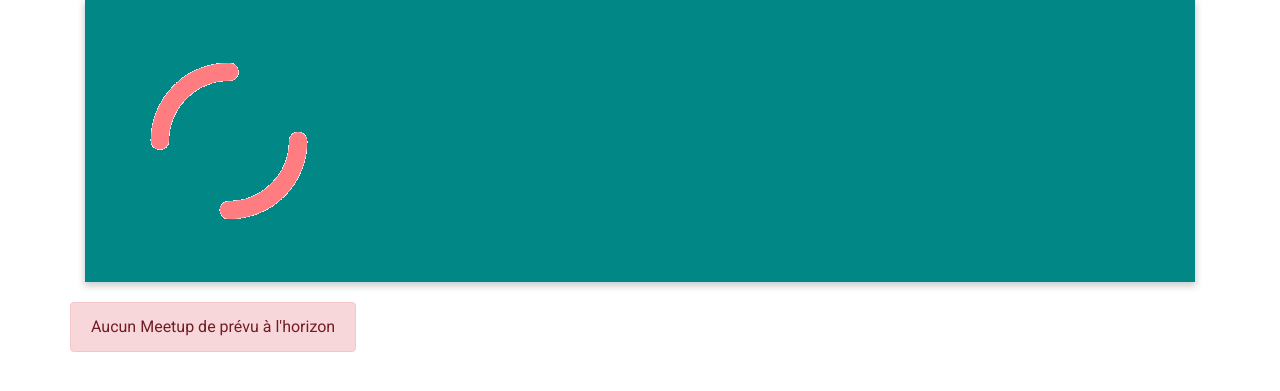
Repository: Symfomany/backandfront
Page: / (app in front/)
The author's editor kept a copy of each file at every save. The page is drawn from the files as they stood at one save, then again after the next save.
The browser window is 1280 px wide. The pictures show the whole page.
The page's requests for data from a server got no answer. Some web libraries are served in a nearby version. The project was rebuilt for these pictures with package versions that can differ from the ones it lists, and the page was loaded fresh each time. No one was signed in, and anything a server would have sent is missing. Also part of the build but not shown: front/src/Meetup.css, front/src/Meetup.js, front/src/Liste.css, front/src/FormMeetup.js, front/src/App.css.

Above is the page before, as saved 2018-05-28 20:35:07.

### front/public/index.html
<!DOCTYPE html>
<html lang="en">

<head>
  <meta charset="utf-8">
  <meta name="viewport" content="width=device-width, initial-scale=1, shrink-to-fit=no">
  <meta name="theme-color" content="#000000">
  <!--
      manifest.json provides metadata used when your web app is added to the
      homescreen on Android. See https://developers.google.com/web/fundamentals/engage-and-retain/web-app-manifest/
    -->
  <link rel="manifest" href="%PUBLIC_URL%/manifest.json">
  <link rel="shortcut icon" href="%PUBLIC_URL%/favicon.ico">
  <!--
      Notice the use of %PUBLIC_URL% in the tags above.
      It will be replaced with the URL of the `public` folder during the build.
      Only files inside the `public` folder can be referenced from the HTML.

      Unlike "/favicon.ico" or "favicon.ico", "%PUBLIC_URL%/favicon.ico" will
      work correctly both with client-side routing and a non-root public URL.
      Learn how to configure a non-root public URL by running `npm run build`.
    -->
  <title>React App</title>
  <link rel="stylesheet" href="https://use.fontawesome.com/releases/v5.0.13/css/all.css" />
  <link href="https://fonts.googleapis.com/css?family=Roboto:100,300,400,500,700,700i,900i" rel="stylesheet">



</head>

<body>
  <noscript>
    You need to enable JavaScript to run this app.
  </noscript>
  <div id="root"></div>
  <!--
      This HTML file is a template.
      If you open it directly in the browser, you will see an empty page.

      You can add webfonts, meta tags, or analytics to this file.
      The build step will place the bundled scripts into the <body> tag.

      To begin the development, run `npm start` or `yarn start`.
      To create a production bundle, use `npm run build` or `yarn build`.
    -->
</body>

</html>

### front/src/index.js
import React from "react";
import ReactDOM from "react-dom";
import App from "./App";
import registerServiceWorker from "./registerServiceWorker";
import "./index.css";
import "bootstrap/dist/css/bootstrap.min.css";
import { BrowserRouter } from "react-router-dom";

ReactDOM.render(
  <BrowserRouter>
    <App />
  </BrowserRouter>,
  document.getElementById("root")
);
registerServiceWorker();

### front/src/App.js
import React, { Component } from "react";
import Liste from "./Liste";
import FormMeetup from "./FormMeetup";
import Navbar from "./Navbar";
import ajax from "./config"; // configuration of Ajax
import { Route } from "react-router-dom";
import "./App.css";
/**
 * Class App
 */
class App extends Component {
  /**
   * Constructor
   */
  constructor(props) {
    super(props);
    this.state = {
      meetups: []
    };
    this.refresh = this.refresh.bind(this);
  }

  /**
   * Fetch api
   * Une fois que le composant est monté
   */
  componentDidMount() {
    ajax.get("/liste").then(res => this.setState({ meetups: res.data }));
  }

  /**
   * Refresh all meetups after actions
   */
  refresh(meetups) {
    this.setState({
      meetups
    });
  }

  /**
   * Render App
   */
  render() {
    /**
     * Syntaxe Fonctionnelle d'un composant
     * Différent rendus de composant avec props
     * (HOC simple)
     */
    const MyListe = props => {
      return (
        <Liste refresh={this.refresh} meetups={this.state.meetups} {...props} />
      );
    };
    const MeetupForm = props => {
      return <FormMeetup refresh={this.refresh} {...props} />;
    };

    return (
      <div className="container">
        <Navbar />

        {/* Declarations of Routes  --> */}

        <Route exact path="/" render={MyListe} />
        <Route path="/create" render={MeetupForm} />
        <Route path="/update/:id" render={MeetupForm} />
      </div>
    );
  }
}

export default App;

### front/src/index.css
body {
  font-family: "Roboto", sans-serif !important;
}

### front/src/Liste.js
import React, { Component } from "react";
import ajax from "./config";
import Meetup from "./Meetup";
import "./Liste.css";
import { Link } from "react-router-dom";

class Liste extends Component {
  constructor(props) {
    super(props);
    this.state = {};
    this.remove = this.remove.bind(this);
  }

  update(meetup) {
    this.props.history.push({
      pathname: "/create",
      update: true,
      state: { meetup }
    });
  }

  remove(meetup) {
    ajax
      .get(`/remove/${meetup.id}`)
      .then(response => {
        this.props.refresh(response.data);
      })
      .catch(e => alert("Erreur, veuillez réessayer plus tard"));
  }

  render() {
    return (
      <div>
        <div className="row">
          {this.props.meetups.length === 0 && (
            <div className="alert alert-danger">
              Aucun Meetup de prévu à l'horizon
            </div>
          )}
          {this.props.meetups.length > 0 &&
            this.props.meetups.map(meetup => (
              <Meetup remove={this.remove} meetup={meetup} key={meetup.id} />
            ))}
        </div>
      </div>
    );
  }
}

export default Liste;

### front/src/Navbar.js
import React, { Component } from "react";
import Profil from "./Profil";
import "./Navbar.css";
class Navbar extends Component {
  constructor(props) {
    super(props);
    this.state = {};
  }
  render() {
    return (
      <nav className="navbar ">
        <a className="navbar-brand" href="#">
          <Profil />
        </a>
      </nav>
    );
  }
}

export default Navbar;

### front/src/config.js
import axios from "axios";

const ajax = axios.create({
  baseURL: "http://localhost:4000/api",
  timeout: 10000
});

export default ajax;

### front/src/Profil.js
import React, { Component } from "react";
import ajax from "./config";
import Loader from "./Loader";

class Profil extends Component {
  /**
 * Init
 */
  constructor(props) {
    super(props);
    this.state = {
      profil: {}
    };
  }

  /**
     * fetch api
     */
  componentDidMount() {
    ajax.get("/").then(res => this.setState({ profil: res.data }));
    ajax.get("/liste").then(res => this.setState({ meetups: res.data }));
  }

  /**
   *
   */
  render() {
    return this.state.profil.username ? (
      <h4>Bonjour {this.state.profil.username}</h4>
    ) : (
      <Loader />
    );
  }
}

export default Profil;

### front/src/Navbar.css
nav.navbar {
  margin-bottom: 20px;
  box-shadow: 0px 3px 7px 1px rgba(0, 0, 0, 0.2);
  background-color: #018786;
}
nav.navbar a {
  color: white;
}

### front/src/Loader.js
import React, { Component } from "react";

import loader from "./loader.gif";

class Loader extends Component {
  constructor(props) {
    super(props);
    this.state = {};
  }
  render() {
    return <img src={loader} />;
  }
}

export default Loader;

Loaded but not shown: front/src/registerServiceWorker.js (common file)

After the next save:
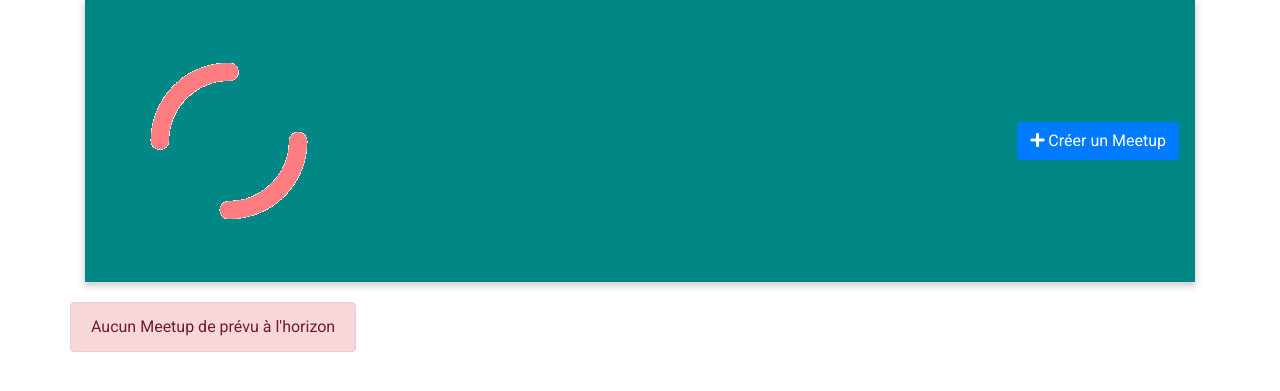
Saved 2 s later.
--- a/front/src/Navbar.js
+++ b/front/src/Navbar.js
@@ -1,5 +1,7 @@
 import React, { Component } from "react";
 import Profil from "./Profil";
+import { Link } from "react-router-dom";
+
 import "./Navbar.css";
 class Navbar extends Component {
   constructor(props) {
@@ -12,6 +14,9 @@
         <a className="navbar-brand" href="#">
           <Profil />
         </a>
+        <Link to="/create" className="btn btn-primary">
+          <i className="fa fa-plus" /> Créer un Meetup
+        </Link>
       </nav>
     );
   }
